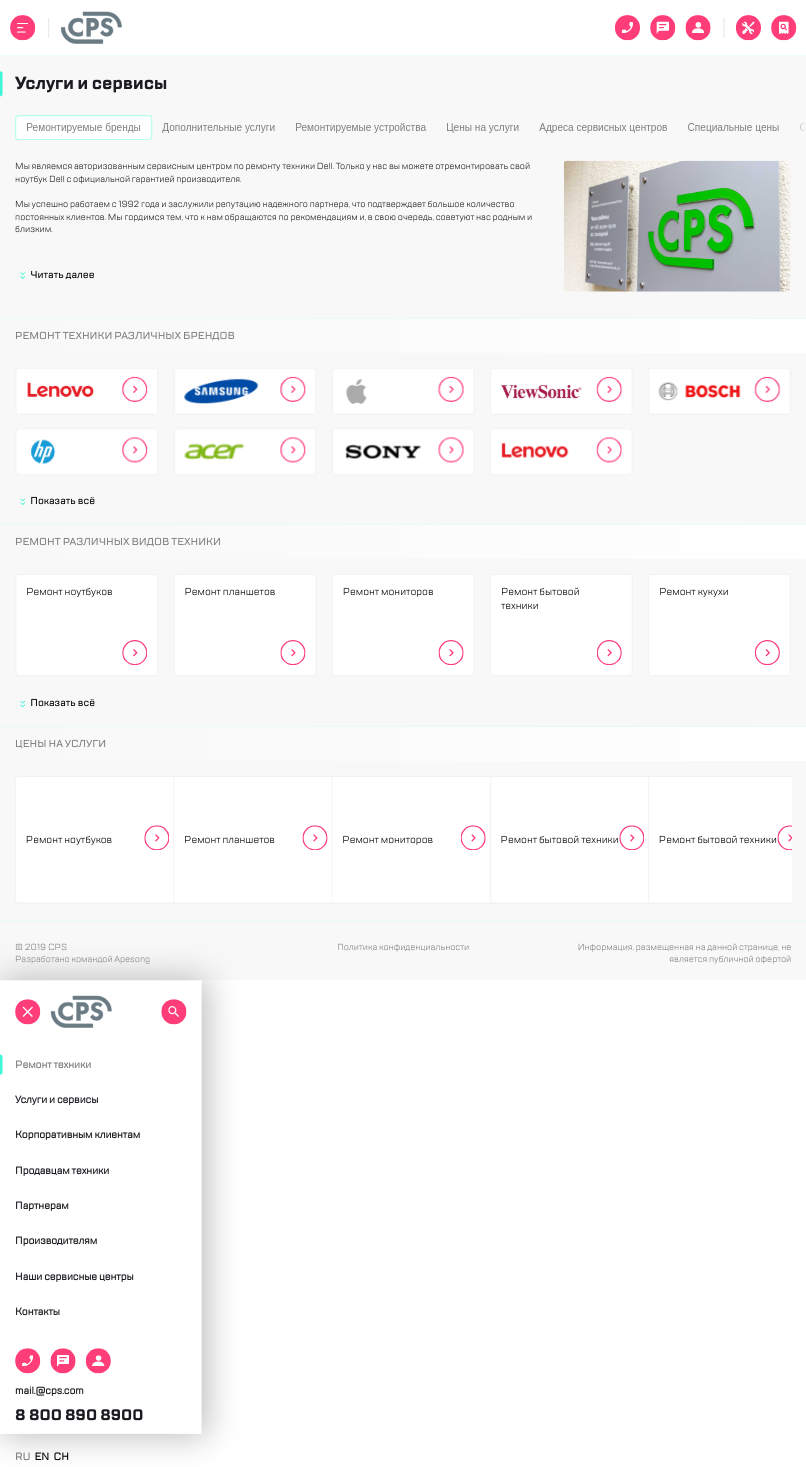
Repository: Dedoxa/WebCoreF
Page: /
The author's editor kept a copy of each file at every save. The page is drawn from the files as they stood at one save, then again after the next save.
The browser window is 1280 px wide. The pictures show the whole page, at 63% of full size.
The project was rebuilt for these pictures with package versions that can differ from the ones it lists, and the page was loaded fresh each time. Also part of the build but not shown: webpack.config.js.

Above is the page before, as saved 2024-06-15 18:16:30.

After the next save:
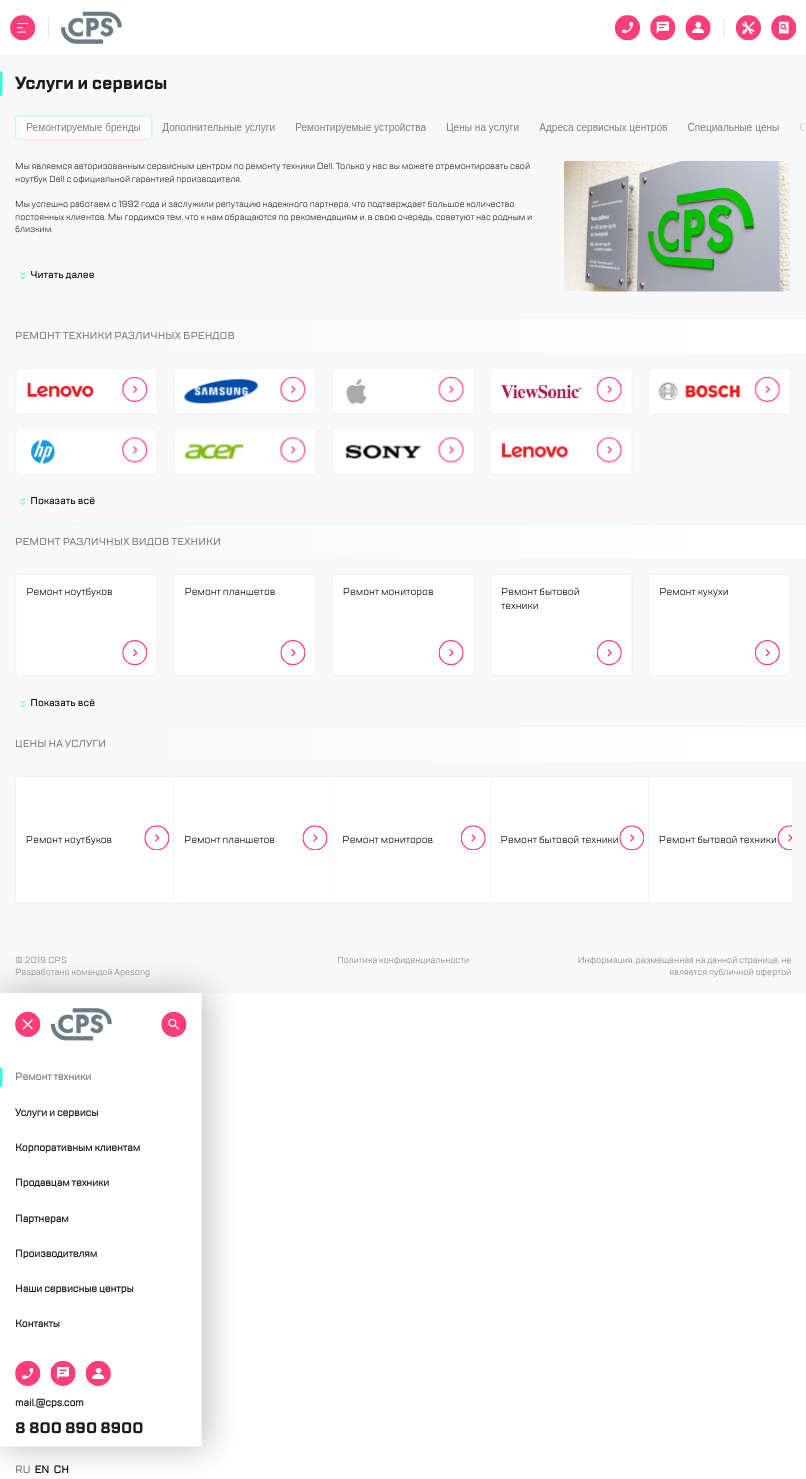
Saved 6 s later.
--- a/src/scss/plates.scss
+++ b/src/scss/plates.scss
@@ -131,7 +131,7 @@
   }
 
   .plates__table-wrapper {
-    height: 205px;
+    height: 225px;
   }
 
   .plates__brand-plate,
